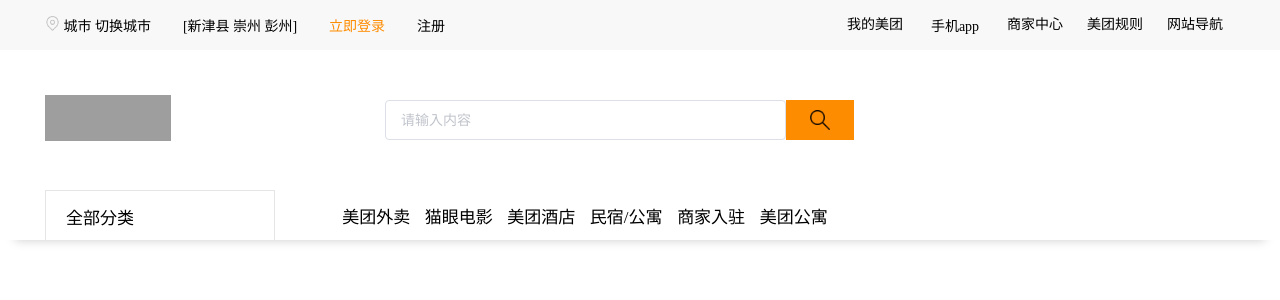
Repository: jinggegeZ/-
Page: /
An editor plug-in stored every save of this project. The page is shown before and after the next save, followed by the edit.
The browser window is 1280 px wide. The pictures show the whole page.
Pictures or frames that could not be fetched are drawn as grey boxes. The page's requests for data from a server got no answer. The project was rebuilt for these pictures with package versions that can differ from the ones it lists, and the page was loaded fresh each time. No one was signed in, and anything a server would have sent is missing. Also part of the build but not shown: vue.config.js.

Above is the page before, as saved 2020-08-20 13:53:50.

### src/main.js
import Vue from 'vue'
import App from './App.vue'
import router from './router'
import store from './store'
import api from '../src/http/api'
import ElementUI from 'element-ui';
import 'element-ui/lib/theme-chalk/index.css';

Vue.use(ElementUI);
Vue.config.productionTip = false
Vue.prototype.$api = api
new Vue({
  router,
  store,
  render: h => h(App)
}).$mount('#app')

### src/App.vue
<template>
  <div id="app">
    <router-view/>
  </div>
</template>

<style lang="scss">
@import '../src/style/style';
</style>

### src/http/api.js
import service from './index'

export default{
    //获取城市
    getprovince (){
        return service.get('/province')
    }
}

### src/style/style.css
* {
    margin: 0;
    padding: 0;

}
/* 这是css3媒体查询 */
@media screen and (max-width: 1200px) {
    .top {
        width: 960px !important;
    }
}
/* top样式 */
.topbox {
    width: 100%;
    display: flex;
    justify-content: center;
    background:rgb(248,248,248);
    font-size: 14px;
}
.topbox1 {
    width: 100%;
    display: flex;
    justify-content: center;
    box-shadow: 0px 15px 10px -15px #ccc;
    font-size: 14px;
}
.top {
    width: 1190px;

}
.top1 {

    height: 50px;
    display: flex;
    justify-content: space-between;
}
.leftbox {
    display: flex;
    align-items: center;
    width: 400px;
    justify-content: space-between;
}
.leftbox div:hover {
    color: #FE8C00;
}
.rightbox {
    display: flex;
    align-items: center;
    width: 400px;
    justify-content: space-between;
}
.rightbox1 {
    width: 100px;
    height: 50px;
    display: flex;
    align-items: center;
    justify-content: center;
    position: relative;

}
.postion {
    position: absolute;
    z-index: 999;
    width: 100%;
    height: 100%;
    text-align: center;
    line-height: 50px;
}
.rightbox2 {
    visibility: hidden;
    right: 0;
    position: absolute;
    z-index: 998;
    top: 99%;
    background: white;
    border-left: 1px solid rgb(229,229,229);
    border-bottom: 1px solid rgb(229,229,229);
    border-right: 1px solid rgb(229,229,229);
    box-shadow: 0px 0px 10px 0px #ccc;
}
.rightbox3 {
    height: 36px;
    line-height: 36px;
    text-align: center;
    width: 78px;
}
.rightbox4 {
    height: 36px;
    line-height: 36px;
    text-align: center;
    width: 118px;
}
.rightbox5 {
    width: 1190px;
    height: 300px;
    display: flex;
    justify-content: center;
}
.rightbox6 {
    width: 95%;
    height: 95%;
    display: flex;
    justify-content: space-between;
}
.rightbox6-1 {
    width: 200px;
}
.rightbox6-1-1 {
    width: 200px;
    height: 80px;
    display: flex;
    justify-content: center;
    align-items: center;
    font-size: 16px;
}
.rightbox6-1-2 {
    width: 200px;
    height: 190px;
    font-size: 12px;
}
.rightbox6-1-2-1 {
    height: 30px;
    width: 100%;
    display: flex;
    justify-content: space-between;
    align-items: center;
}
.rightbox6-1-2-2 {
    height: 30px;
    width: 100%;
    display: flex;
    justify-content: flex-start;
    align-items: center;
}
.rightbox6-2 {
    width: 100px;
}
.rightbox6-2-1 {
    width: 100px;
    height: 80px;
    display: flex;
    justify-content: center;
    align-items: center;
    font-size: 16px;
}
.rightbox6-2-1-1 {
    width: 100px;
    height: 190px;
    font-size: 12px;
}
.rightbox6-2 {
    width: 100px;
}
.rightbox6-2-1-1-font {
    width: 100%;
    height: 25px;
    display: flex;
    justify-content: center;
    align-items: center;
}
.rightbox6-3 {
    width: 350px;

}
.rightbox6-3-1 {
    width: 350px;
    height: 80px;
    display: flex;
    justify-content: center;
    align-items: center;
    font-size: 16px;
}
.rightbox6-3-1-1 {
    width: 350px;
    height: 190px;
    font-size: 12px;
}
.rightbox6-3-1-1-1 {
    width: 100%;
    height: 80px;
    display: flex;
    justify-content: space-around;
    align-items: center;
}
.rightbox6-3-1-1-1-img {
    width: 60px;
    height: 60px;
    border-radius: 5px;
}
.nav2box2font:hover {
    color: yellow;
}








.postion:hover {
    color: #FE8C00;
}
.rightbox3:hover {
    color: #FE8C00;
}
.rightbox4:hover {
    color: #FE8C00;
}
.rightbox1:hover .rightbox2{
    visibility:visible
}
.rightbox1:hover {
    box-shadow: 0 3px 5px 0 rgba(0, 0, 0, 0.1);
}
.rightbox1:hover .postion {
    background-color: white;


}
.leftboximg {
    width: 15px;
    height: 15px;
}
.rightnow{
    color: #FE8C00;
}
/* nav部分 */
.nav {
    height: 140px;
    width: 100%;
    display: flex;
    align-items: center;
}
.nav1 {
    width: 240px;
    margin-right: 100px;
}
.nav1img {
    width: 126px;
    height: 46px;

}
.nav1input {
    display: flex;
    width: 469px;
    height: 50px;
    align-items: center;
}
.nav1input1 {
    width: 469px;
}
.nav1inputboox {
    width: 80px;
    height: 40px;
    background-color: #FE8C00;
    display: flex;
    justify-content: center;
    align-items: center;
}
.nav1inputbooximg {
    width: 20px;
    height: 20px;
}
.nav2 {
    width: 100%;
    height: 50px;
    display: flex;
}
.nav2box {
    width: 228px;
    height: 50px;
    border-left: 1px solid rgb(229,229,229);
    border-top: 1px solid rgb(229,229,229);
    border-right: 1px solid rgb(229,229,229);
    display: flex;
    align-items: center;
    font-size: 17px;
}
.all {
    padding-left: 20px;
}
.nav2box2 {
    margin-left: 60px;
    display: flex;
    align-items: center;
    justify-content: space-around;
    width: 500px;
    font-size: 17px;
}

### src/views/Home.vue
<template>
  <div>
      <top></top>
      <Navigation></Navigation>
  </div>
</template>

<script>
import top from "../components/top/top";
import Navigation from "../components/Navigation/Navigation";
export default {
  name: "",
  props: {},
  components: {
    top,
    Navigation,
  },
  data() {
    return {};
  },
  methods: {},
  mounted() {
    this.$api
      .getprovince()
      .then((res) => {
        console.log(res);
      })
      .catch((err) => {});
  },
  watch: {},
  computed: {},
};
</script>

<style scoped lang='scss'>

</style>

### src/http/index.js
import axios from 'axios'
// 创建一个axios的实列
const service = axios.create({
    // 请求的基础路径 如果配置了基础路径 基础路径在实际发请求的时候可以省略
    baseURL:'./api',
    timeout:10000
})

// 响应拦截
service.interceptors.response.use(res=>{
    return res.data
})

// 默认导出
export default service

### src/components/top/top.vue
<template>
  <div class="topbox">
    <div class="top">
      <div class="top1">
        <div class="leftbox">
          <div>
            <img class="leftboximg" src="../../../public/image/pos.png" alt /> 城市
            <span>切换城市</span>
          </div>
          <div>[新津县 崇州 彭州]</div>
          <div class="rightnow">立即登录</div>
          <div>注册</div>
        </div>
        <div class="rightbox">
          <div class="rightbox1">
            <div class="postion">我的美团</div>
            <div class="rightbox2">
              <div class="rightbox3">我的订单</div>
              <div class="rightbox3">我的收藏</div>
              <div class="rightbox3">抵用券</div>
              <div class="rightbox3">美团设置</div>
            </div>
          </div>

          <div class="rightbox1">手机app</div>
          <div class="rightbox1">
            <div class="postion">商家中心</div>
            <div class="rightbox2">
              <div class="rightbox4">美团餐饮用户中心</div>
              <div class="rightbox4">登录商家中心</div>
              <div class="rightbox4">美团智能收银</div>
              <div class="rightbox4">我想合作</div>
              <div class="rightbox4">手机免费开店</div>
              <div class="rightbox4">餐饮代理商招募</div>
              <div class="rightbox4">商家申请开票</div>
              <div class="rightbox4">免费合作美团排队</div>
            </div>
          </div>
          <div class="rightbox1">
            <div class="postion">美团规则</div>
            <div class="rightbox2">
              <div class="rightbox3">规则中心</div>
              <div class="rightbox3">规则目录</div>
              <div class="rightbox3">规则评议院</div>
            </div>
          </div>
          <div class="rightbox1">
            <div class="postion">网站导航</div>
            <div class="rightbox2">
              <div class="rightbox5">
                <div class="rightbox6">
                  <div class="rightbox6-1">
                    <div class="rightbox6-1-1">酒店旅游</div>
                    <div class="rightbox6-1-2">.
                        <div class="rightbox6-1-2-1">
                            <div>国际机票</div>
                            <div>火车票</div>
                            <div>民宿</div>
                        </div>
                        <div class="rightbox6-1-2-1">
                            <div>经济型酒店</div>
                            <div>主题酒店</div>
                            <div>商务酒店</div>
                        </div>
                        <div class="rightbox6-1-2-1">
                            <div>公寓</div>
                            <div>豪华酒店</div>
                            <div>客栈</div>
                        </div>
                        <div class="rightbox6-1-2-1">
                            <div>青年旅社</div>
                            <div>度假酒店</div>
                            <div>别墅</div>
                        </div>
                        <div class="rightbox6-1-2-2">
                            <div>农家院</div>
                        </div>

                    </div>
                  </div>
                  <div class="rightbox6-2">
                    <div class="rightbox6-2-1">吃美食</div>
                    <div class="rightbox6-2-1-1">
                        <div class="rightbox6-1-2-1">
                            <div>烤鱼</div>
                            <div>特色小吃</div>

                        </div>
                        <div class="rightbox6-1-2-1">
                            <div>烧烤</div>
                            <div>自助餐</div>

                        </div>
                        <div class="rightbox6-1-2-1">
                            <div>火锅</div>
                            <div>代金券</div>
                        </div>




                    </div>
                  </div>
                  <div class="rightbox6-2">
                    <div class="rightbox6-2-1">看电影</div>
                    <div class="rightbox6-2-1-1">
                        <div class="rightbox6-2-1-1-font">热映电影</div>
                        <div class="rightbox6-2-1-1-font">热门电影</div>
                        <div class="rightbox6-2-1-1-font">热映电影口碑榜</div>
                        <div class="rightbox6-2-1-1-font">最受期待电影</div>
                        <div class="rightbox6-2-1-1-font">国内票房榜</div>
                        <div class="rightbox6-2-1-1-font">北美票房榜</div>
                        <div class="rightbox6-2-1-1-font">电影排行榜</div>

                    </div>
                  </div>
                  <div class="rightbox6-3">
                  <div class="rightbox6-3-1">手机应用</div>
                    <div class="rightbox6-3-1-1">
                        <div class="rightbox6-3-1-1-1">
                            <div><img class="rightbox6-3-1-1-1-img" src="//s0.meituan.net/bs/fe-web-meituan/2d53095/img/appicons/meituan.png" alt=""></div>
                            <div><img class="rightbox6-3-1-1-1-img" src="//s1.meituan.net/bs/fe-web-meituan/404d350/img/appicons/waimai.png" alt=""></div>
                            <div><img class="rightbox6-3-1-1-1-img" src="https://p0.meituan.net/travelcube/162c3308d9622f6d9cfaa49e60be4dca8573.png" alt=""></div>
                            <div><img class="rightbox6-3-1-1-1-img" src="//s1.meituan.net/bs/fe-web-meituan/404d350/img/appicons/dianping.png" alt=""></div>
                            <div><img class="rightbox6-3-1-1-1-img" src="//s1.meituan.net/bs/fe-web-meituan/404d350/img/appicons/maoyan.png" alt=""></div>
                        </div>
                    </div>
                  </div>
                </div>
              </div>
            </div>
          </div>
        </div>
      </div>
    </div>
  </div>
</template>

<script>
export default {
  name: "",
  props: {},
  components: {},
  data() {
    return {};
  },
  methods: {},
  mounted() {},
  watch: {},
  computed: {},
};
</script>

<style scoped lang='scss'>
</style>

### src/components/Navigation/Navigation.vue
<template>
 <div class="topbox1">
  <div class="top">
    <div class="nav">
      <!-- 美团-->
      <div class="nav1">
        <div><img class="nav1img" src="//s0.meituan.net/bs/fe-web-meituan/fa5f0f0/img/logo.png" alt=""></div>
      </div>
     <!-- 搜索-->
      <div class="nav1input">
        <div class="nav1input1"><el-input v-model="input" placeholder="请输入内容"></el-input></div>
        <div class="nav1inputboox"><img class="nav1inputbooximg" src="../../../public/image/search.png" alt=""></div>
      </div>
    </div>
    <div class="nav2">
      <div class="nav2box"><div class="all">全部分类</div></div>
      <div class="nav2box2">
        <div class="nav2box2font">美团外卖</div>
        <div class="nav2box2font2">猫眼电影</div>
        <div class="nav2box2font2">美团酒店</div>
        <div class="nav2box2font">民宿/公寓</div>
        <div class="nav2box2font">商家入驻</div>
        <div class="nav2box2font2">美团公寓</div>
      </div>
    </div>
  </div>
 </div>
</template>

<script>
 export default {
   name: '',
   props: {
   },
   components: {

   },
   data () {
     return {
       input: ''
     }
   },
   methods: {

   },
   mounted() {

   },
   watch: {

   },
   computed: {

   }
 }
</script>

<style scoped lang='scss'>

</style>

Loaded but not shown: public/index.html (common file); src/router/index.js (common file); src/store/index.js (common file)

After the next save:
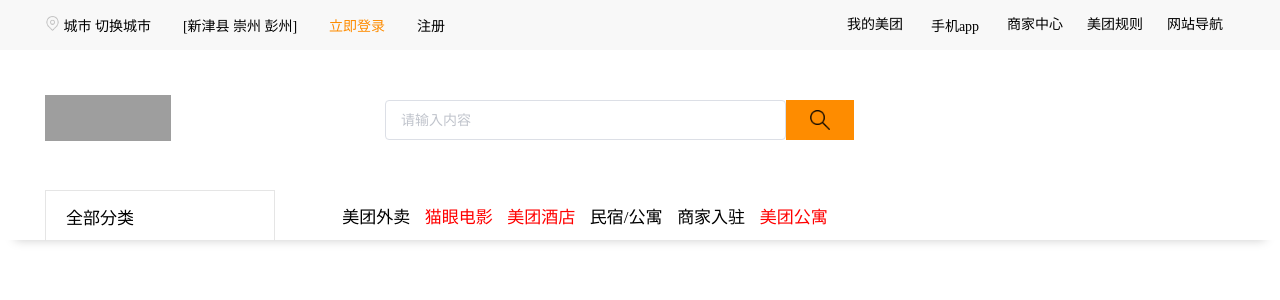
Saved 15 s later.
--- a/src/style/style.css
+++ b/src/style/style.css
@@ -190,6 +190,9 @@
 .nav2box2font:hover {
     color: yellow;
 }
+.nav2box2font2 {
+    color: red;
+}
 
 
 

After the save that followed:
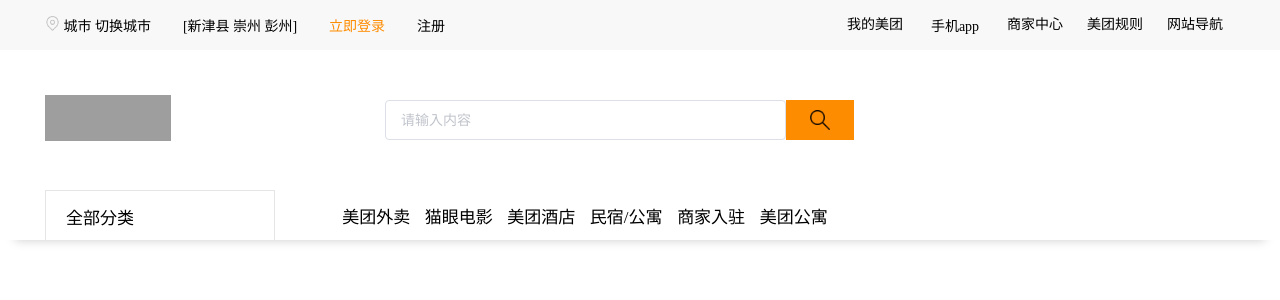
Saved 11 s later.
--- a/src/style/style.css
+++ b/src/style/style.css
@@ -190,7 +190,7 @@
 .nav2box2font:hover {
     color: yellow;
 }
-.nav2box2font2 {
+.nav2box2font2:hover {
     color: red;
 }
 
